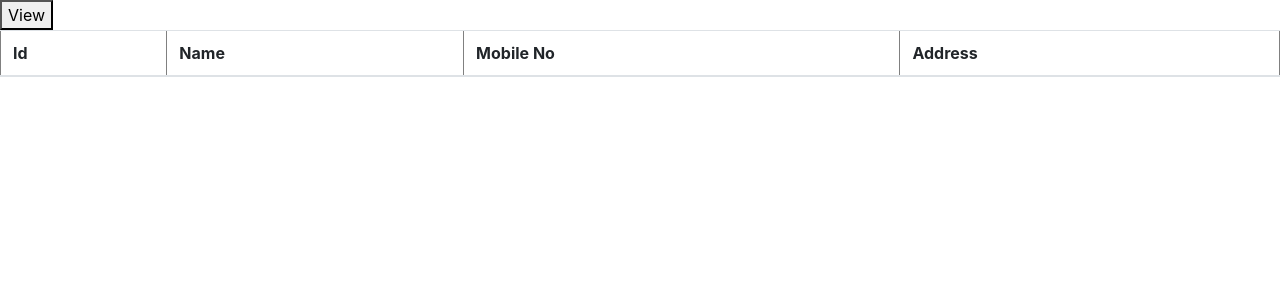
Repository: SHARMILAG97/WebApplication
Page: http://localhost/waterplant_web/viewusers.jsp
These files come from the project's save history. The page is drawn as it stood at one moment and after the next save; the edit follows.
The browser window is 1280 px wide. The pictures show the whole page.
The page is served by Tomcat 9.

Above is the page before, as saved 2019-09-13 07:21:35.
Console error: TypeError: Cannot read properties of undefined (reading 'fn')

After the next save:
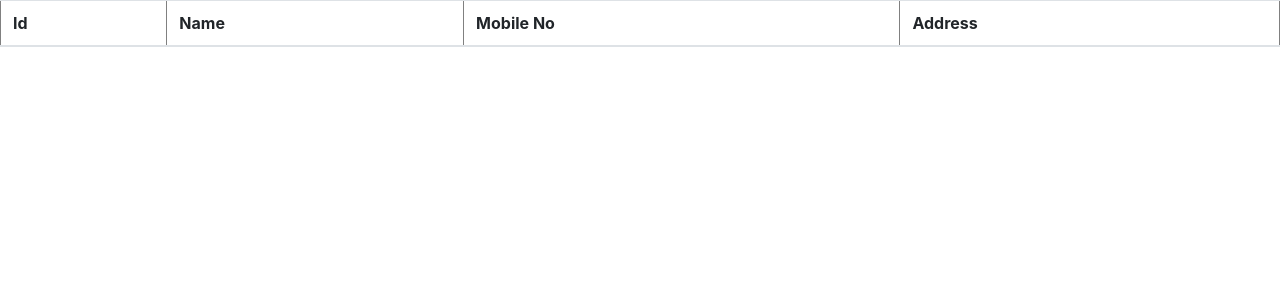
Saved 17 s later.
--- a/waterplant_web/src/main/webapp/viewusers.jsp
+++ b/waterplant_web/src/main/webapp/viewusers.jsp
@@ -37,8 +37,8 @@ var content="";
 </script>
 </head>
 <body>
-	 <button onclick="View()">View </button>
-	<div id="sdsad">
+	<!--  <button onclick="View()">View </button>-->
+	<div id="tbl">
 		<table border="1" class="table table-condensed">
 			<thead>
 				<tr>
@@ -57,7 +57,7 @@ var content="";
 	</div>
 
 	<script>
-//View();
+View();
 </script>
 
 </body>
